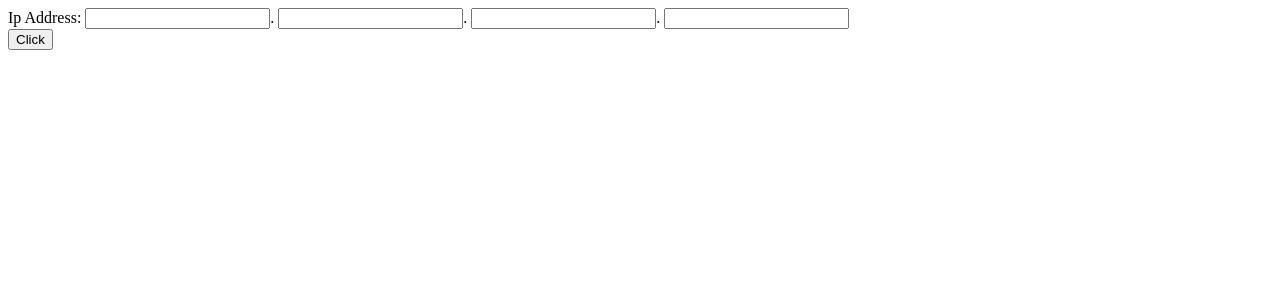
Repository: ravinforu/HTML5_CSS3_JS_Frameworks_Jul_2012-1
Page: Day01/WebContent/lab03.html
These files come from the project's save history. The page is drawn as it stood at one moment and after the next save; the edit follows.
The browser window is 1280 px wide. The pictures show the whole page.

Above is the page before, as saved 2012-07-20 09:15:02.

### Day01/WebContent/lab03.html
<!DOCTYPE html>
<html>
<head>
<script src="jquery-1.7.2.js"></script>
<script>
	$().ready(function(){
		$("#octet1,#octet2,#octet3,#octet4").attr("maxlength",30);
		$("#clickBtn").on("click",function(){
			$("#octet1,#octet2,#octet3,#octet4").attr("disabled","disabled");
		});
		$("#octet1").on("keyup",function(){
			if($("#octet1").val().length == 3)
				$("#octet2").focus();
		});
		$("#octet2").on("keyup",function(){
			if($("#octet2").val().length == 3)
				$("#octet3").focus();
		});
		$("#octet3").on("keyup",function(){
			if($("#octet3").val().length == 3)
				$("#octet4").focus();
		});
		$("#octet4").on("keyup",function(){
			if($("#octet4").val().length == 3)
				$("#clickBtn").focus();
		});
	});
</script>
</head>
<body>
	Ip Address:
	<input type="text" id="octet1">.
	<input type="text" id="octet2">.
	<input type="text" id="octet3">.
	<input type="text" id="octet4">
	<br />
	<input type="button" value="Click" id="clickBtn">
</body>
</html>

Loaded but not shown: Day01/WebContent/jquery-1.7.2.js (library)

After the next save:
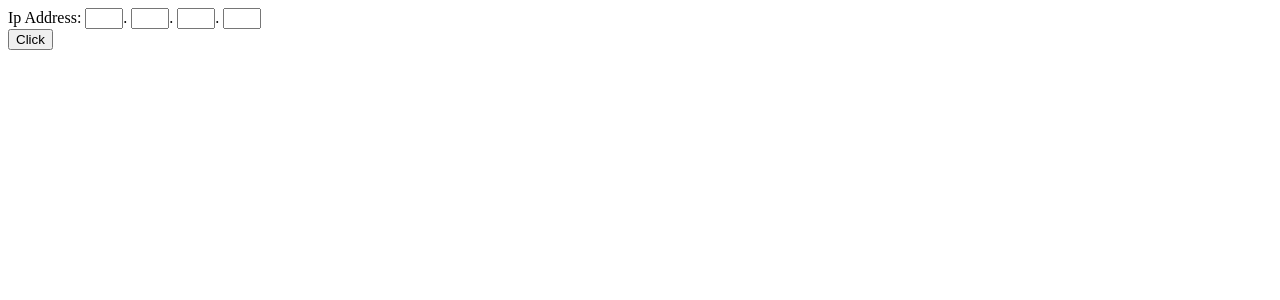
Saved 18 s later.
--- a/Day01/WebContent/lab03.html
+++ b/Day01/WebContent/lab03.html
@@ -4,7 +4,8 @@
 <script src="jquery-1.7.2.js"></script>
 <script>
 	$().ready(function(){
-		$("#octet1,#octet2,#octet3,#octet4").attr("maxlength",30);
+		$("#octet1,#octet2,#octet3,#octet4").attr("maxlength","30");
+		$("#octet1,#octet2,#octet3,#octet4").css("width","30");
 		$("#clickBtn").on("click",function(){
 			$("#octet1,#octet2,#octet3,#octet4").attr("disabled","disabled");
 		});
